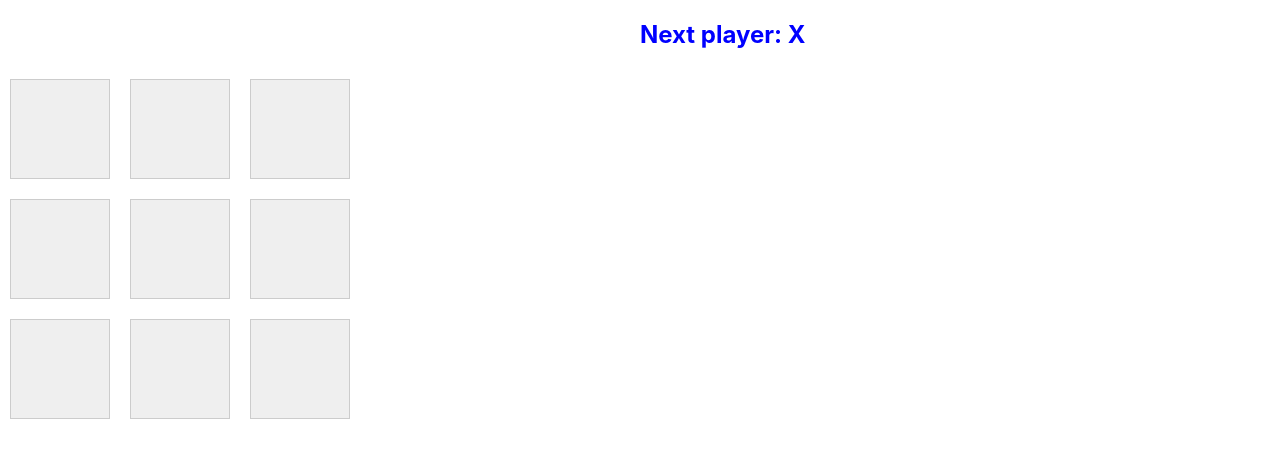
Repository: sedat-akdogan/React_Revision
Page: / (app in tic-tac-toe/)
An editor plug-in stored every save of this project. The page is shown before and after a run of saves, followed by the edit.
The browser window is 1280 px wide. The pictures show the whole page.
The project was rebuilt for these pictures with package versions that can differ from the ones it lists, and the page was loaded fresh each time.

Above is the page before, as saved 2023-05-13 00:44:09.

After the next 3 saves:
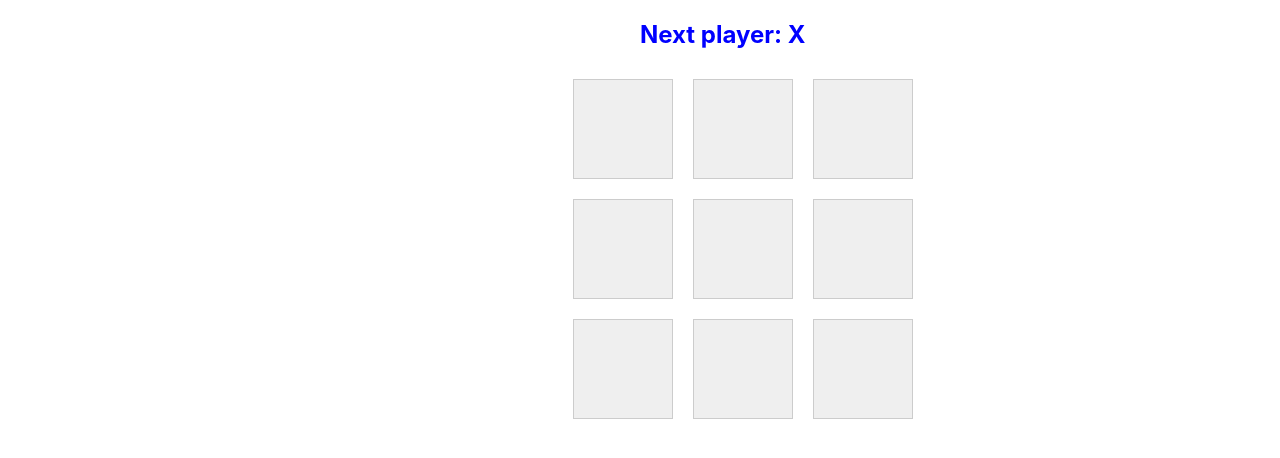
The 3 saves are shown as one change because they came seconds apart.
The last was saved 7 s later.
--- a/tic-tac-toe/src/index.css
+++ b/tic-tac-toe/src/index.css
@@ -23,7 +23,7 @@
 }
 
 .board-row {
-    margin-left: auto;
+    margin-left: 44%;
     /* margin-right: auto; */
     display: flex;
 }

After the 5 saves that followed:
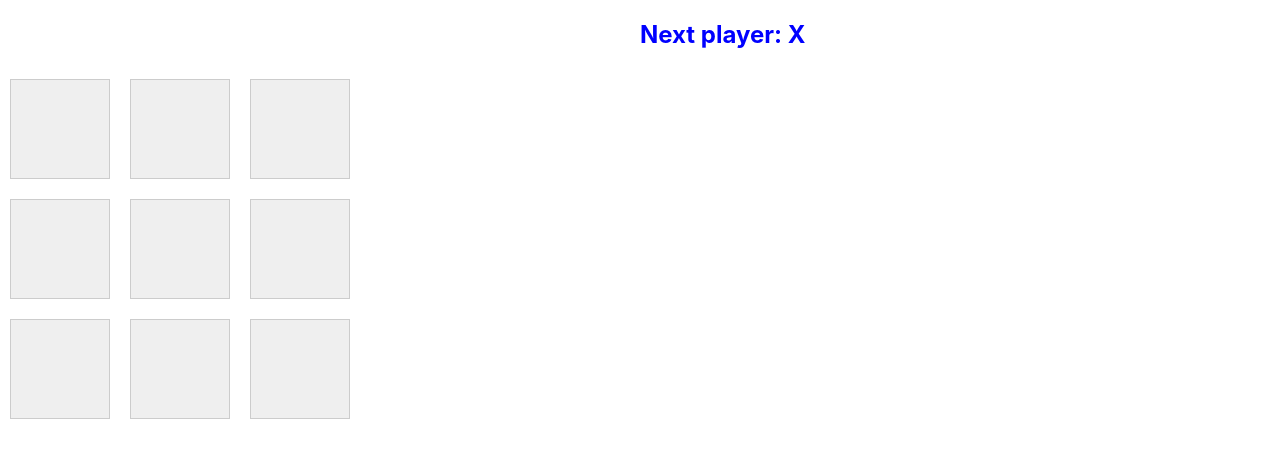
The 5 saves are shown as one change because 1 left the picture as it was and some came seconds apart.
The last was saved 37 s later.
--- a/tic-tac-toe/src/index.css
+++ b/tic-tac-toe/src/index.css
@@ -23,8 +23,7 @@
 }
 
 .board-row {
-    margin-left: 44%;
-    /* margin-right: auto; */
+    margin: auto;
     display: flex;
 }
 
